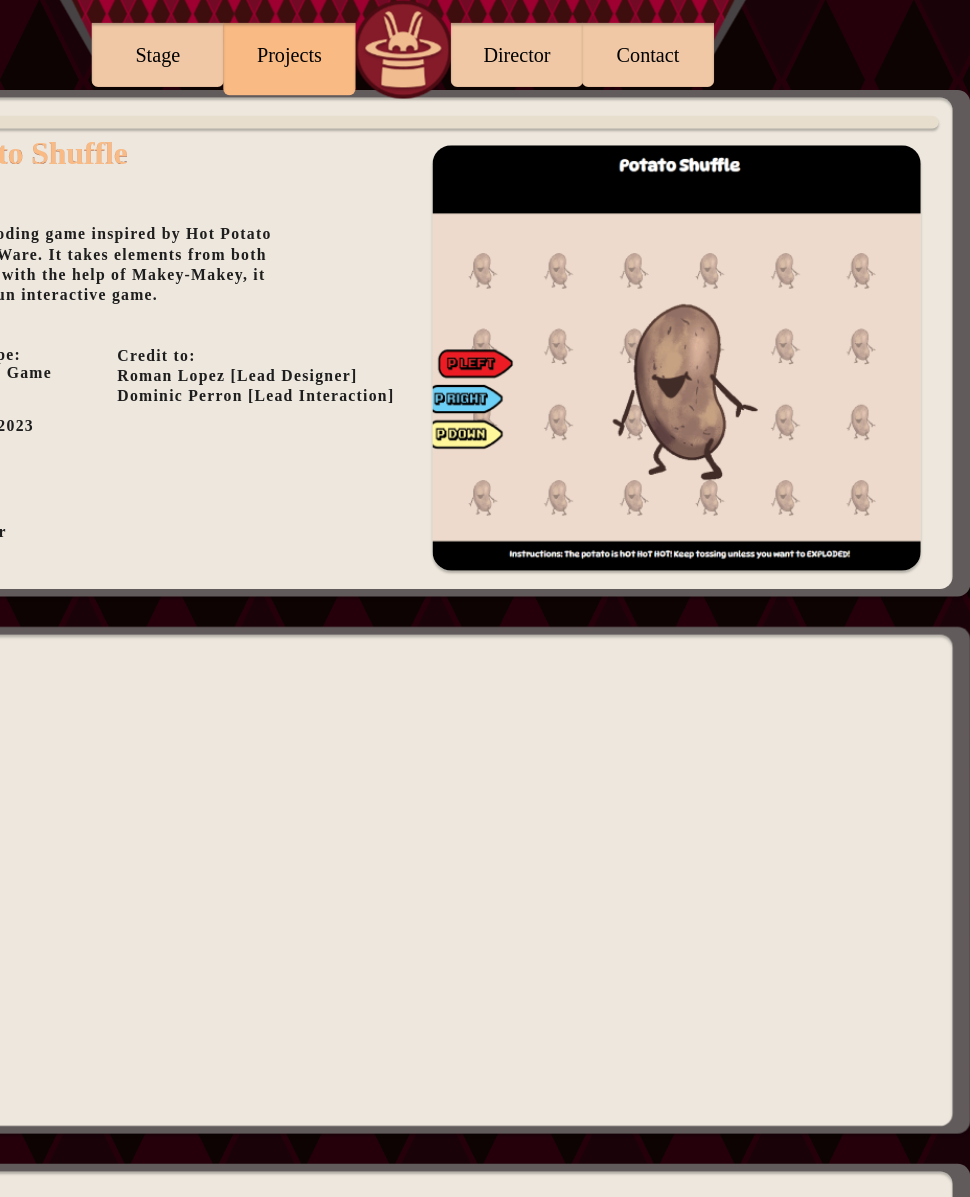
Repository: EMP-ChristinaC/Portfolio
Page: projects/potato-shuffle/potato.html
An editor plug-in stored every save of this project. The page is shown before and after the next save, followed by the edit.
The browser window is 1280 px wide. The page is 1540 px wide, so the pictures cover 1540 px, including what lies to the right of the window. The pictures show the part of the page from y = 0 to 1900 px (the page is 6707 px tall before and 6212 px after), at 63% of full size.
Some web fonts or font styles are not loaded; a fallback is used.

Above is the page before, as saved 2024-12-08 19:47:50.

### projects/potato-shuffle/potato.html
<!DOCTYPE html>
<html lang="en">

<head>
    <meta charset="UTF-8">
    <meta name="viewport" content="width=device-width, initial-scale=1.0">
    <title>CC- Project Potato Shuffle</title>
    <!--- ////////////////// OUTSIDE STYLES //////////////////-->


    <!--- ///////////////// GOOGLE FONTS  ////////////////////-->
    <link rel="preconnect" href="https://fonts.googleapis.com">
    <link rel="preconnect" href="https://fonts.gstatic.com" crossorigin>
    <link
        href="https://fonts.googleapis.com/css2?family=Overlock:ital,wght@0,400;0,700;0,900;1,400;1,700;1,900&family=Vast+Shadow&display=swap"
        rel="stylesheet">

    <!--- /////////////// MY STYLES ////////////////-->

    <link rel="stylesheet" href="potato.css">
    <link rel="stylesheet" href="../../nav.css">
    <link rel="stylesheet" href="media-style-phone-potato.css">
    <link rel="stylesheet" href="../../media-style-two.css">
    <link rel="stylesheet" href="media-style-mac-potato.css">

    <!--- //////////////// FAVICON LINKS ///////////////////-->
    <link rel="shortcut icon" href="../../image/logo.png" type="image/x-icon">
    <link rel="icon" href="../../image/logo.png" type="image/x-icon">

</head>

<body class="home-potato">

    <!--- /////////////////////// NAVIGATION /////////////////////-->
    <header class="navigation">
        <img class="nav-background" src="../../image/nav-background.png"
            alt="A decor for the nav, it holds a logo with diamond patterns in the background.">


        <a href="../../index.html " class="nav-home">Stage</a>
        <a href="../../about-page/about.html" class="nav-about">Director</a>
        <a href="../../contact-page/contact.html" class="nav-contact">Contact</a>
        <a href="../../main-project-page/projects.html" class="nav-projects current">Projects</a>
    </header>


    <!--- /////////////////////// ARROW BUTTON /////////////////////-->
    <a href="../../projects/sniffle/sniffle.html"><img src="../../image/left-arrow.png" class="side-button-left" alt="A."></a>


    <a href="../../projects/smash-n-dash/smash.html"><img src="../../image/right-arrow.png" class="side-button-right" alt="A."></a>



    <!--- /////////////////////// BOX OUTLINE ///////////////////////-->
    <div class="box-outline-outside-potato-overview">
        <div class="box-outline-inside-potato-overview"></div>

        <!-- <div class="dia-left-potato">
            <img src="../../image/Dia-bottom-left.png"
                alt="A diamond pattern decor that is placed onto the bottom left of the box outline">
        </div>

        <div class="dia-right-potato">
            <img src="../../image/Dia-top-right.png"
                alt="A diamond pattern decor that is placed onto the bottom left of the box outline">
        </div> -->


    <div class="box-outline-paragraph-potato">
        <div class="details-potato">
            <h2>About:</h2>
            <p>
                A digital coding game inspired by Hot Potato and WarioWare. It takes elements from both games and with
                the help of Makey-Makey, it creates a fun interactive game.
                <!-- <br><br>
                Here are some images of the game. -->
            </p>
        </div>
    </div>


    <div class="box-outline-type-potato">
        <div class="type-potato">
            <p> Project Type:
                <br>
                Interactive Game
                <br><br>
                Date:
                <br>
                December 2023
                <br><br>
                Link:
                <br>
                <a href="https://emp-christinac.github.io/Potato-Shuffle/index.html">Github</a>
                <br><br>
                Role:
                <br>
                Lead Coder
            </p>
        </div>

<!-- <div class="type-two">
    <p>
        Link:
        <br>
        <a href="https://emp-christinac.github.io/Potato-Shuffle/index.html">Github</a>
        <br><br>
        Role:
        <br>
        Lead Coder
    </p>
</div> -->


        <!-- <div class="type-potato-phone">
            <p> Project Type:
                <br>
                Digital Game
                <br><br>
                Date:
                <br>
                December 2023
            </p>
        </div> -->

        <!-- <div class="type-potato-phone-two">
            <p>
                Link:
                <br>
                <a href="https://empxnifl.github.io/Potato-Shuffle/index.html">Github</a>
                <br><br>
                Role:
                <br>
                Lead Coder
            </p>
        </div> -->
    </div>

    <div class="box-outline-credit">
        <div class="credit">
            <p>Credit to:
                <br>
                Roman Lopez [Lead Designer]
                <br>
                Dominic Perron [Lead Interaction]
            </p>
        </div>

        <div class="mc-overview">
            <img src="../../image/Main-Screen.png" alt="A overview of the project Potato Shuffle.">
        </div>

    </div>




    <div class="box-outline-heading-potato">
        <div class="potato-title">
            <h1>Potato Shuffle</h1>
        </div>
    </div>
</div>
    <!--- ////////////////////////-->
    <div class="box-outline-outside-potato-play">
        <div class="box-outline-inside-potato-play"></div>

        <div>
            <div class="play">
                <p>
                </p>
            </div>

    </div>


    <!--- ////////////////////////-->

    <div class="box-outline-outside-potato-progress">
        <div class="box-outline-inside-potato-progress"></div>

        <!-- <div class="dia-left-two-potato">
            <img src="../../image/Dia-bottom-left.png"
                alt="A diamond pattern decor that is placed onto the bottom left of the box outline">
        </div>

        <div class="dia-right-two-potato">
            <img src="../../image/Dia-top-right.png"
                alt="A diamond pattern decor that is placed onto the bottom left of the box outline">
        </div> -->

        <div class="box-outline-heading-two-potato">
            <div class="heading-two">
                <h1>Menu Design</h1>
            </div>
        </div>
        <div class="box-outline-heading-three-potato">
            <div class="heading-three">
                <h1>Sprites</h1>
            </div>
        </div>

        <div class="potato-menu-one">
            <img src="../../image/Home.png" alt="The home screen of the project.">
        </div>


        <div class="potato-menu-two">
            <img src="../../image/Victory.png" alt="The victory screen of the project.">
        </div>

        <!--- ////////////////////////-->

        <div class="potato-sprites">
            <img src="../../image/potato_sway.gif" alt="A potato gif that shows the potato swaying left and right.">
        </div>


        <div class="potato-sprites-two">
            <img src="../../image/Fail.gif" alt="A explosion gif that says boom.">
        </div>

        <div class="potato-sprites-three">
            <img src="../../image/potato_flip.gif" alt="A potato gif that shows the potato fliping.">
        </div>



    </div>


    <!--- ////////////////////////-->

    <div class="box-outline-outside-potato">
        <div class="box-outline-inside-potato"></div>
        <!-- <div class="dia-left-three-potato">
            <img src="../../image/Dia-bottom-left.png"
                alt="A diamond pattern decor that is placed onto the bottom left of the box outline">
        </div>

        <div class="dia-right-three-potato">
            <img src="../../image/Dia-top-right.png"
                alt="A diamond pattern decor that is placed onto the bottom left of the box outline">
        </div> -->


        <div class="box-outline-heading-four-potato">
            <div class="heading-four-potato">
                <h1>Mini-Game Design</h1>
            </div>

            <div class="potato-event-one">
                <img src="../../image/Event-1.png" alt="One of five mini-game from the project. It shows a character running.">
            </div>

            <div class="potato-event-two">
                <img src="../../image/Event-2.png"
                    alt="One of five mini-game from the project. It shows a character shooting at a muffen.">
            </div>


            <div class="potato-event-three">
                <img src="../../image/Event-3.png"
                    alt="One of five mini-game from the project. It shows a potato dropping into a basket.">
            </div>

            <div class="potato-event-four">
                <img src="../../image/Event-4.png"
                    alt="One of five mini-game from the project. It shows a character digging up a potato.">
            </div>


            <div class="potato-event-five">
                <img src="../../image/Event-5.png" alt="One of five mini-game from the project. It shows a potato being peeled.">
            </div>

        </div>

    </div>

    <!--- ////////////////////////-->

    <div class="box-outline-outside-foot">
        <div class="box-outline-inside-foot"></div>

            <footer class="section">
                <p>© 2024 by Christina Chan. Powered and secured by Github</p>

                <div>
                    <a class="github" href="https://github.com/EMP-ChristinaC"> <img src="../../image/Github-icon.png"
                            alt="Github icon image."></a>

                    <a class="twitter" href="https://x.com/EMP_Nifl"> <img src="../../image/Twitter-Icon.png"
                            alt="Twitter icon image."></a>

                    <a class="discord" href="https://discordapp.com/users/456539039286165514"> <img src="../../image/discord-icon.webp"
                            alt="Discord icon image."></a>

                    <a class="linkedin" href="https://www.linkedin.com/in/christina-chan-290a29323/"> <img src="../../image/Linkedin-icon.webp"
                            alt="Linkedin icon image."></a>
                </div>

            </footer>
    </div>
    <!--- /////////////////////// DECOR  ///////////////////////-->


    <!-- <div class="left-curtain">
        <img src="../../image/curtains-left.png" alt="A curtain decor that is placed on the left side of the website.">
    </div>

    <div class="right-curtain">
        <img src="../../image/curtain-right.png" alt="A curtain decor that is placed on the right side of the website.">
    </div> -->

    <!--- /////////////////////// TEXT ///////////////////////-->


    <!--- /////////////////////// IMAGES ///////////////////////-->


    <!--- ////////////////////////-->




    <!--- ////////////////////////-->



</body>

</html>

### projects/potato-shuffle/potato.css

/*///////////////////////////////// Box Outline ////////////////////////////*/
.box-outline-outside-potato-overview,
.box-outline-outside-potato-progress,
.box-outline-outside-potato-play {
    width: 1800px;
    height: 804px;
    background: rgba(98, 91, 92);
    box-shadow: 0px 4px 4px rgba(0, 0, 0, 0.25);
    border-radius: 20px;
}

.box-outline-outside-potato-overview {
    position: absolute;
    top: 50%;
    left: 50%;
    transform: translate(-50%, -27%);
}

.box-outline-outside-potato-play {
    position: absolute;
    top: 50%;
    left: 50%;
    transform: translate(-50%, 79%);
}

.box-outline-outside-potato-progress {
    position: absolute;
    top: 50%;
    left: 50%;
    transform: translate(-50%, 56%);
}

/*//////////////////////////////////*/


.box-outline-outside-potato {
    width: 1800px;
    height: 990px;
    background: rgba(98, 91, 92);
    box-shadow: 0px 4px 4px rgba(0, 0, 0, 0.25);
    border-radius: 20px;
}

.box-outline-outside-potato {
    position: absolute;
    top: 50%;
    left: 50%;
    transform: translate(-50%, 2340px);
}



/*//////////////////////////////////////////////////////////////////////////////*/

.box-outline-inside-potato-overview,
.box-outline-inside-potato-progress,
.box-outline-inside-potato-play {
    width: 1745px;
    height: 780px;
    background: #EDE7DD;
    box-shadow: 0px 4px 4px rgba(0, 0, 0, 0.25) inset;
    border-radius: 20px;
}

.box-outline-inside-potato-play {
    position: absolute;
    top: 1.5%;
    left: 1.5%;
}

.box-outline-inside-potato-overview {
    position: absolute;
    top: 1.5%;
    left: 1.5%;
    /* transform: translate(-50%, -26.3%); */
}


.box-outline-inside-potato-progress {
    position: absolute;
    top: 1.5%;
    left: 1.5%;
    /* transform: translate(-50%, 84%); */
}


.box-outline-inside-potato {
    width: 1745px;
    height: 960px;
    background: #EDE7DD;
    box-shadow: 0px 4px 4px rgba(0, 0, 0, 0.25) inset;
    border-radius: 20px;
}

.box-outline-inside-potato {
    position: absolute;
    top: 1.5%;
    left: 1.5%;
    /* transform: translate(-50%, 1506px); */
}



/*///////////////////////////HEADING BOX////////////////////////////*/



.box-outline-heading-potato {
    width: 1700px;
    height: 20px;
    background: #E7DECD;
    box-shadow: 0px 4px 4px rgba(0, 0, 0, 0.25);
    border-radius: 20px;
    z-index: 1;
}

.box-outline-heading-potato {
    position: absolute;
    top: 28%;
    left: 50%;
    transform: translate(-50%, -920%);
}



.box-outline-heading-two-potato,
.box-outline-heading-three-potato,
.box-outline-heading-four-potato {
    height: 55px;
    background: #E7DECD;
    box-shadow: 0px 4px 4px rgba(0, 0, 0, 0.25);
    border-radius: 20px;
    z-index: 1;
    position: absolute;
    top: 50%;
    left: 50%;
}

.box-outline-heading-two-potato {
    /* transform: translate(-50%, 1270%); */
    width: 510px;
}

.box-outline-heading-three-potato {
    /* transform: translate(-50%, 1900%); */
    width: 510px;
}

.box-outline-heading-four-potato {
    /* transform: translate(-50%, 2800%); */
    width: 510px;
}

.box-outline-heading-five-potato {
    /* transform: translate(-50%, 3450%); */
    width: 510px;
}

/*/////////////////////////////////////*/

.box-outline-paragraph-potato,
.box-outline-type-potato,
.box-outline-credit {
    /* background: #E7DECD;
    box-shadow: 0px 4px 4px rgba(0, 0, 0, 0.25);
    border-radius: 20px; */
    position: absolute;
    top: 50%;
    left: 30%;
}


.box-outline-paragraph-potato {
    width: 375px;
    height: 330px;
    transform: translate(-116%, -10%);
    z-index: 1;
}


.box-outline-type-potato {
    width: 375px;
    height: 200px;
    transform: translate(-116%, 90%);
    z-index: 1;
}

.box-outline-credit {
    width: 375px;
    height: 60px;
    transform: translate(-30%, 350%);
    z-index: 1;
}



/*/////////////////////////////////////*/

.box-outline-outside-foot {
    width: 100%;
    height: 200px;
    background: rgba(98, 91, 92);
    box-shadow: 0px 4px 4px rgba(0, 0, 0, 0.25);
    border-radius: 20px 20px 0 0;
    position: absolute;
    top: 50%;
    left: 50%;
    transform: translate(-50%, 1690%);
}

/*/////////////////////////////////////*/

.box-outline-inside-foot {
    width: 99%;
    height: 185px;
    position: absolute;
    background: #EDE7DD;
    box-shadow: 0px 4px 4px rgba(0, 0, 0, 0.25) inset;
    border-radius: 20px 20px 0 0;
    position: absolute;
    /* transform: translate(-50%, 1359%); */
    top: 8%;
    left: 0.5%;
}



/*///////////////////////////////// Decor ////////////////////////////*/

.dia-left-potato img {
    position: absolute;
    top: 27%;
    left: 50%;
    transform: translate(-384%, 205%);
}

.dia-right-potato img {
    position: absolute;
    top: 27%;
    right: 50%;
    transform: translate(385%, -107%);
}

/*//////////////////////////////////////////////////////////////////////*/

.dia-left-two-potato img {
    position: absolute;
    top: -80%;
    left: 50%;
    transform: translate(-384%, 656%);
}

.dia-right-two-potato img {
    position: absolute;
    top: -80%;
    right: 50%;
    transform: translate(385%, 344%);
}

/*/////////////////////////////////////*/

.dia-left-three-potato img {
    position: absolute;
    top: -186%;
    left: 50%;
    transform: translate(-384%, 1378%);
}

.dia-right-three-potato img {
    position: absolute;
    top: -186%;
    right: 50%;
    transform: translate(385%, 972%);
}

/*/////////////////////////////////////*/

.left-curtain {
    position: fixed;
    top: 0%;
    left: 11%;
    transform: translate(-100%);
}

.right-curtain {
    position: fixed;
    top: 0%;
    right: 11%;
    transform: translate(100%);
}

/*///////////////////////////////// Heading Text ////////////////////////////*/

.potato-title {
    width: 827px;
    text-align: center;
    color: #FABA84;
    font-size: 25px;
    font-family: Vast Shadow;
    font-weight: 400;
    -webkit-text-stroke: 0.1px #4C0B13;
    z-index: 1;
}

.potato-title {
    position: absolute;
    top: -20%;
    left: -9%;
    /* transform: translate(-50%, -320%); */
}


.heading-two,
.heading-three,
.heading-four-potato {
    width: 827px;
    text-align: center;
    color: #FABA84;
    font-family: Vast Shadow;
    font-weight: 400;
    -webkit-text-stroke: 0.1px #4C0B13;
    z-index: 1;
    position: absolute;
    top: -20%;
    left: -30%;
    font-size: 15px;
}



/*///////////////////////////////// Paragraph Text ////////////////////////////*/

.details-potato p,
.details-potato h2,
.type-potato p,
.type-two p,
.credit p {
    color: #1E1E1E;
    font-family: Overlock;
    font-weight: 900;

}
.details-potato h2 {
    width: 600px;
    font-size: 35px;
    line-height: 32px;
    letter-spacing: 2px;
    position: absolute;
    top: -70%;
    left: 5%;
    z-index: 1;
}

.details-potato p {
    width: 600px;
    font-size: 25px;
    line-height: 32px;
    letter-spacing: 2px;
    position: absolute;
    top: -55%;
    left: 5%;
    z-index: 1;
    /* transform: translate(-90%, -28%); */

}

.type-potato p {
    width: 440px;
    font-size: 25px;
    line-height: 28px;
    letter-spacing: 2px;
    position: absolute;
    top: -100%;
    left: 5%;
    /* transform: translate(-95%, 105%); */
    z-index: 1;

}

.type-two p {
    width: 440px;
    font-size: 25px;
    line-height: 28px;
    letter-spacing: 2px;
    position: absolute;
    top: 0%;
    left: 64%;
    /* transform: translate(-42%, 420%); */
    z-index: 1;
}

.credit p {
    width: 440px;
    font-size: 25px;
    line-height: 32px;
    letter-spacing: 2px;
    position: absolute;
    top: -385%;
    left: 5%;
    /* transform: translate(-42%, 420%); */
    z-index: 1;
}





/*/////////////////////////////////////*/

footer.section {
    text-align: center;
    color: black;
    font-size: 14px;
    font-family: Overlock;
    font-weight: 400;

    width: 500px;
    position: absolute;
    top: 50%;
    left: 50%;
    transform: translate(-53%, 80%);

}

footer.section p {
    width: 100%;
    height: 100%;
    transform: translate(1%, 35%);
}


/*///////////////////////////////// Images ////////////////////////////*/


.mc-overview {
    width: 775px;
    height: 675px;
    position: absolute;
    top: -750%;
    left: 155%;
    overflow: hidden;
    box-shadow: 0px 4px 4px rgba(0, 0, 0, 0.25);
    border-radius: 30px;
    transform: translate(-8%, -11%);
    }



.mc-overview img {
    width: 100%;
    height: 105%;
    object-fit: cover;
    transform: translate(-0%, 0%);

    transition: all 0.3s ease-in-out;
}


.potato {
    width: 258px;
    height: 547px;
    box-shadow: 0px 4px 4px rgba(0, 0, 0, 0.25);
    border-radius: 20px;
    background-position: center;

    position: absolute;
    top: 50%;
    left: 50%;
    transform: translate(70%, 302%);
}

.potato-projects {
    width: 258px;
    height: 547px;
    box-shadow: 0px 4px 4px rgba(0, 0, 0, 0.25);
    border-radius: 20px;
    background-position: center;

    position: absolute;
    top: 50%;
    left: 50%;
    transform: translate(70%, -5%);
}

.potato-menu-one img {
    width: 350px;
    height: 250px;
    position: absolute;
    top: 50%;
    left: 50%;
    transform: translate(-110%, 310%);
}

.potato-menu-two img {
    width: 350px;
    height: 250px;
    position: absolute;
    top: 50%;
    left: 50%;
    transform: translate(10%, 310%);
}


.potato-sprites img {
    width: 300px;
    height: 300px;
    position: absolute;
    top: 50%;
    left: 50%;
    transform: translate(-150%, 370%);
}

.potato-sprites-two img {
    width: 300px;
    height: 300px;
    position: absolute;
    top: 50%;
    left: 50%;
    transform: translate(-50%, 370%);
}

.potato-sprites-three img {
    width: 300px;
    height: 300px;
    position: absolute;
    top: 50%;
    left: 50%;
    transform: translate(50%, 370%);
}

.potato-event-one img {
    width: 409px;
    height: 266px;
    position: absolute;
    top: 50%;
    left: 50%;
    transform: translate(-105%, 610%);
}

.potato-event-two img {
    width: 409px;
    height: 266px;
    position: absolute;
    top: 50%;
    left: 50%;
    transform: translate(4%, 610%);
}

.potato-event-three img {
    width: 409px;
    height: 266px;
    position: absolute;
    top: 50%;
    left: 50%;
    transform: translate(-105%, 715%);
}

.potato-event-four img {
    width: 409px;
    height: 266px;
    position: absolute;
    top: 50%;
    left: 50%;
    transform: translate(4%, 715%);
}

.potato-event-five img {
    width: 409px;
    height: 266px;
    position: absolute;
    top: 50%;
    left: 50%;
    transform: translate(-105%, 820%);
}

/*/////////////////////////////////////*/
.github {
    width: 45px;
    height: 45px;
    position: absolute;
    top: 50%;
    left: 50%;
    overflow: hidden;
    box-shadow: 0px 4px 4px rgba(0, 0, 0, 0.25);
    border-radius: 30px;
    transform: translate(-250%, -180%);
}

.github img {
    width: 100%;
    height: 100%;
    object-fit: cover;
    transition: all 0.3s ease-in-out;
    transform: translate(0%, 0%);
}

.twitter {
    width: 45px;
    height: 45px;
    position: absolute;
    top: 50%;
    left: 50%;
    overflow: hidden;
    box-shadow: 0px 4px 4px rgba(0, 0, 0, 0.25);
    border-radius: 30px;
    transform: translate(-100%, -180%);
}

.twitter img {
    width: 100%;
    height: 100%;
    object-fit: cover;
    transition: all 0.3s ease-in-out;
    transform: translate(-0%, -0%);
}


.discord {
    width: 45px;
    height: 45px;
    position: absolute;
    top: 50%;
    left: 50%;
    overflow: hidden;
    box-shadow: 0px 4px 4px rgba(0, 0, 0, 0.25);
    border-radius: 30px;
    transform: translate(50%, -180%);
}

.discord img {
    width: 100%;
    height: 100%;
    object-fit: cover;
    transition: all 0.3s ease-in-out;
    transform: translate(-0%, -0%);
}


.linkedin {
    width: 45px;
    height: 45px;
    position: absolute;
    top: 50%;
    left: 50%;
    overflow: hidden;
    box-shadow: 0px 4px 4px rgba(0, 0, 0, 0.25);
    border-radius: 30px;
    transform: translate(200%, -180%);
}

.linkedin img {
    width: 100%;
    height: 100%;
    object-fit: cover;
    transition: all 0.3s ease-in-out;
    transform: translate(-0%, -0%);
}

### media-style-two.css
@media screen and (max-width: 1660px) {

    .left-curtain {
        display: none;
    }

    .right-curtain {
        display: none;
    }

}

Loaded but not shown: projects/potato-shuffle/media-style-phone-potato.css (424 lines, source omitted); nav.css (208 lines, source omitted); projects/potato-shuffle/media-style-mac-potato.css (93 lines, source omitted)

After the next save:
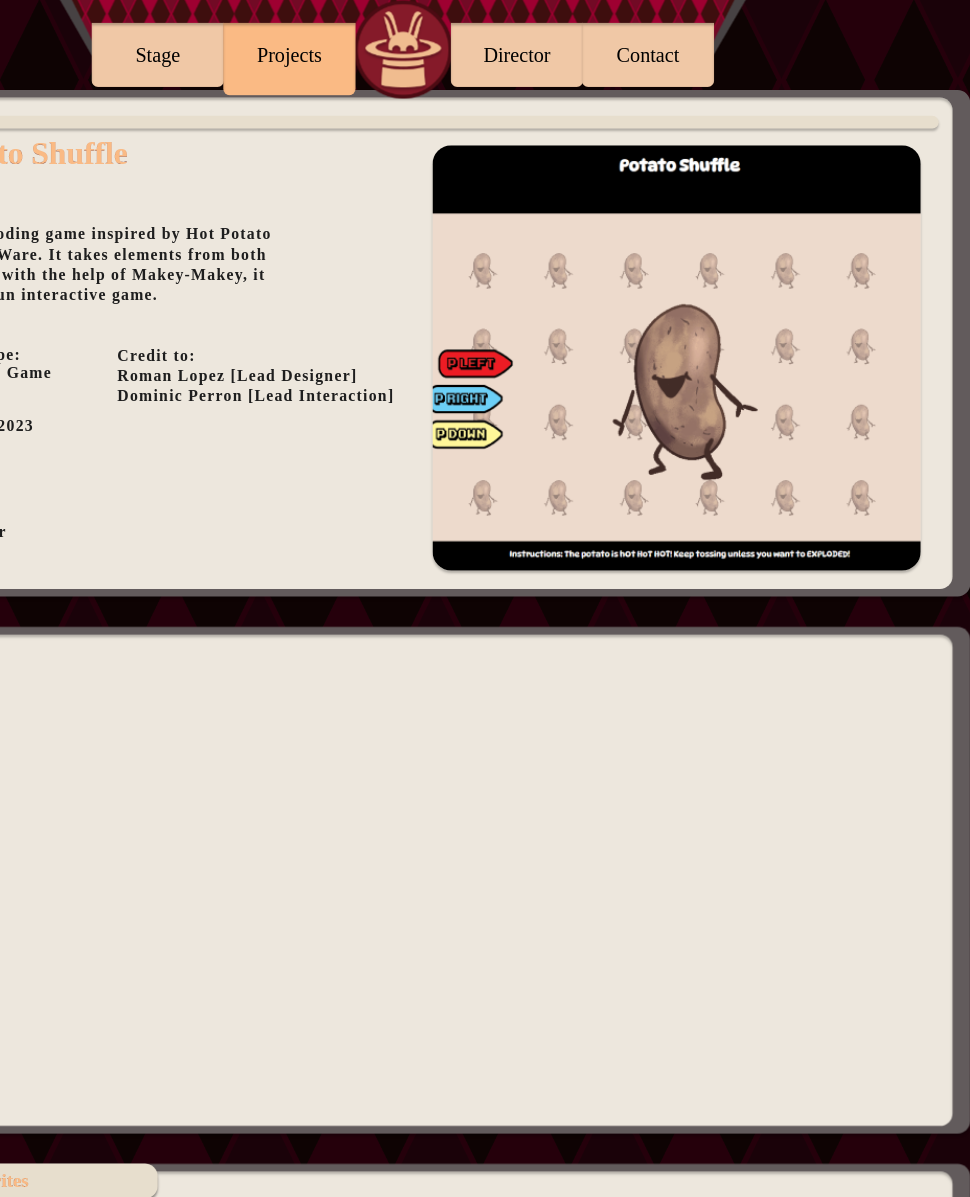
Saved 26 s later.
--- a/projects/potato-shuffle/potato.css
+++ b/projects/potato-shuffle/potato.css
@@ -133,8 +133,8 @@
     border-radius: 20px;
     z-index: 1;
     position: absolute;
-    top: 50%;
-    left: 50%;
+    top: 0%;
+    left: 0%;
 }
 
 .box-outline-heading-two-potato {
